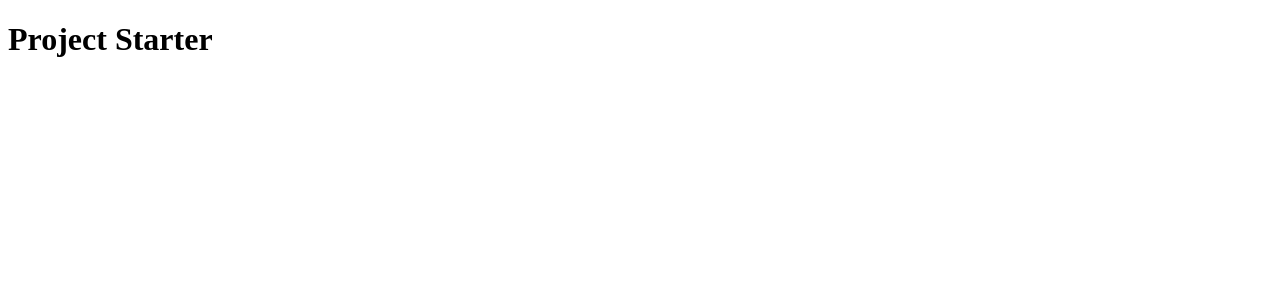
Repository: Williamlmachado/Progress-steps
Page: index.html
These files come from the project's save history. The page is drawn as it stood at one moment and after the next save; the edit follows.
The browser window is 1280 px wide. The pictures show the whole page.

Above is the page before, as saved 2021-08-11 09:17:10.

After the next save:
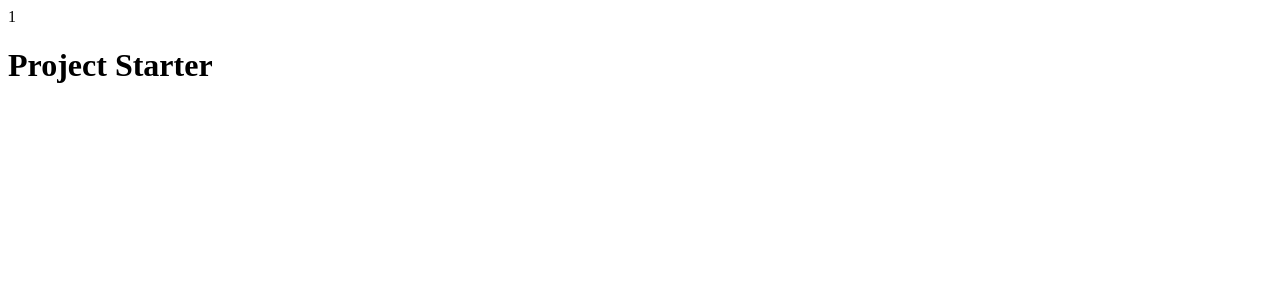
Saved 11 s later.
--- a/index.html
+++ b/index.html
@@ -10,7 +10,8 @@
         <div class="container">
             <div class="progress-container">
                 <div class="progress" id="progress"></div>
-                <div class="circle active"
+                <div class="circle active">1</div>
+                <div></div>
             </div>
         </div>
         <h1>Project Starter</h1>
